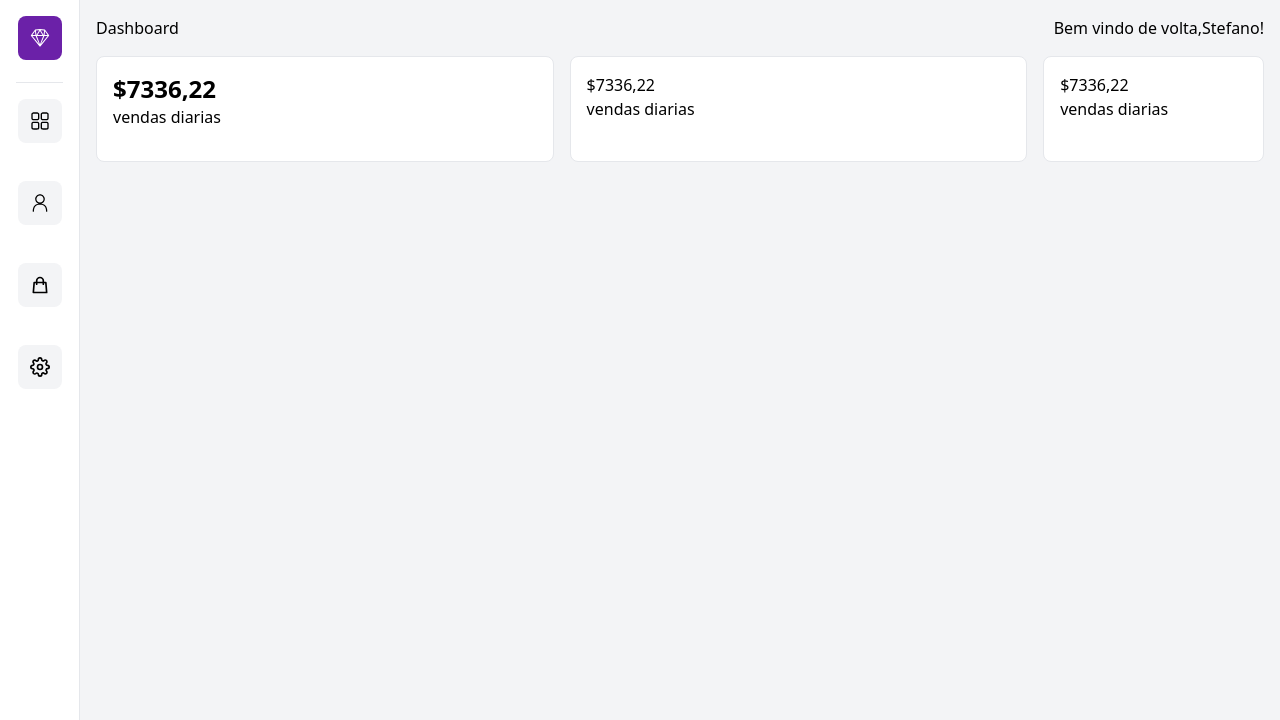
Repository: stefanosousaa/dashboard-next13
Page: /
The author's editor kept a copy of each file at every save. The page is drawn from the files as they stood at one save, then again after the next save.
The browser window is 1280 px wide. The pictures show the whole page.
The project was rebuilt for these pictures with package versions that can differ from the ones it lists, and the page was loaded fresh each time. The framework's server and built-in components were replaced by stand-ins that run in the browser. Also part of the build but not shown: next.config.js.

Above is the page before, as saved 2023-05-11 23:21:59.

### pages/_app.js
import Sidebar from '@/components/Sidebar'
import '@/styles/globals.css'

export default function App({ Component, pageProps }) {
  return (
    <Sidebar>
        <Component {...pageProps} />
    </Sidebar>

  )
}

### pages/index.js
import TopCards from '@/components/TopCards';
import Header from '../components/Header';
import Head from 'next/head';
import Image from 'next/image';

export default function Home() {
  return (
    <>
      <Head>
        <title>Create Next App</title>
        <meta name="description" content="Generated by create next app" />
        <meta name="viewport" content="width=device-width, initial-scale=1" />
        <link rel="icon" href="/favicon.ico" />
      </Head>

      <main className='bg-gray-100 min-h-screen'>
        <Header/>
        <TopCards/>
      </main>

    </>
  );
};

### components/Sidebar.jsx
import Link from 'next/link'
import Image from 'next/image'
import React from 'react'
import {RxSketchLogo,RxDashboard, RxPerson} from 'react-icons/rx'
import {FiSettings} from 'react-icons/fi'
import {HiOutlineShoppingBag} from 'react-icons/hi'

const Sidebar = ({children}) => {
  return (
    <div className='flex'>
        <div className='fixed w-20 h-screen p-4 bg-white border-r-[1px] flex flex-col justify-between'>
        <div className='flex flex-col items-center'>

          <Link href='/'>
            <div className='bg-purple-800 text-white p-3 rounded-lg inline-block'>
              <RxSketchLogo size={20}/>
            </div>
          </Link>
          <span className='border-b-[1px] border-gray-200 w-full p-2'></span>
          <Link href='/'>
            <div className='bg-gray-100 hover:bg-gray-200 cursor-pointer my-4 p-3 rounded-lg inline-block'>
              <RxDashboard size={20}/>
            </div>
          </Link>
          <Link href='/costumerd'>
            <div className='bg-gray-100 hover:bg-gray-200 cursor-pointer my-4 p-3 rounded-lg inline-block'>
              <RxPerson size={20}/>
            </div>
          </Link>
          <Link href='/orders'>
            <div className='bg-gray-100 hover:bg-gray-200 cursor-pointer my-4 p-3 rounded-lg inline-block'>
              <HiOutlineShoppingBag size={20}/>
            </div>
          </Link>
          <Link href='/'>
            <div className='bg-gray-100 hover:bg-gray-200 cursor-pointer my-4 p-3 rounded-lg inline-block'>
              <FiSettings size={20}/>
            </div>
          </Link>
        </div>
        </div>

        <main className='ml-20 w-full'>{children}</main>
    </div>
  )
}

export default Sidebar

### components/TopCards.jsx
import React from 'react'

const TopCards = () => {
  return (
    <div className='grid lg:grid-cols-5 gap-4 p-4'>
        <div className='lg:col-span-2 col-span-1 bg-white flex justify-between w-full border p-4 rounded-lg'>
           <div className='flex flex-col w-full pb-4'>
            <p className='text-2xl font-bold'>$7336,22</p>
            <p>vendas diarias</p>
           </div>
        </div>
        <div className='lg:col-span-2 col-span-1 bg-white flex justify-between w-full border p-4 rounded-lg'>
           <div className='flex flex-col w-full pb-4'>
           <p>$7336,22</p>
            <p>vendas diarias</p>
           </div>
        </div>
        <div className='bg-white flex justify-between w-full border p-4 rounded-lg'>
           <div className='flex flex-col w-full pb-4'>
           <p>$7336,22</p>
            <p>vendas diarias</p>
           </div>
        </div>
    </div>
  )
}

export default TopCards

### components/Header.jsx
import React from 'react'

const Header = () => {
  return (
    <div className='flex justify-between px-4 pt-4'>
        <h2>Dashboard</h2>
        <h2>Bem vindo de volta,Stefano!</h2>
    </div>
  )
}

export default Header

Loaded but not shown: pages/_document.js (common file); pages/api/hello.js (common file); styles/globals.css (common file); tailwind.config.js (common file)

After the next save:
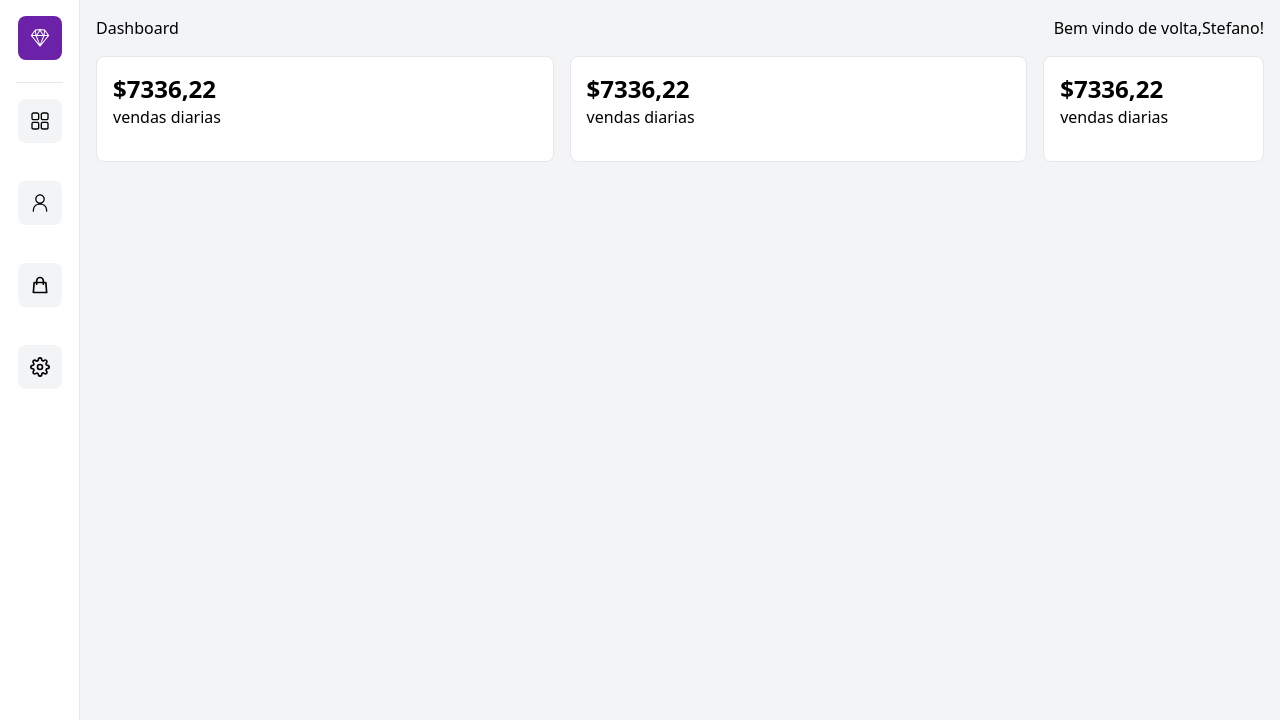
Saved 20 s later.
--- a/components/TopCards.jsx
+++ b/components/TopCards.jsx
@@ -11,13 +11,13 @@ const TopCards = () => {
         </div>
         <div className='lg:col-span-2 col-span-1 bg-white flex justify-between w-full border p-4 rounded-lg'>
            <div className='flex flex-col w-full pb-4'>
-           <p>$7336,22</p>
+           <p className='text-2xl font-bold'>$7336,22</p>
             <p>vendas diarias</p>
            </div>
         </div>
         <div className='bg-white flex justify-between w-full border p-4 rounded-lg'>
            <div className='flex flex-col w-full pb-4'>
-           <p>$7336,22</p>
+           <p className='text-2xl font-bold'>$7336,22</p>
             <p>vendas diarias</p>
            </div>
         </div>
